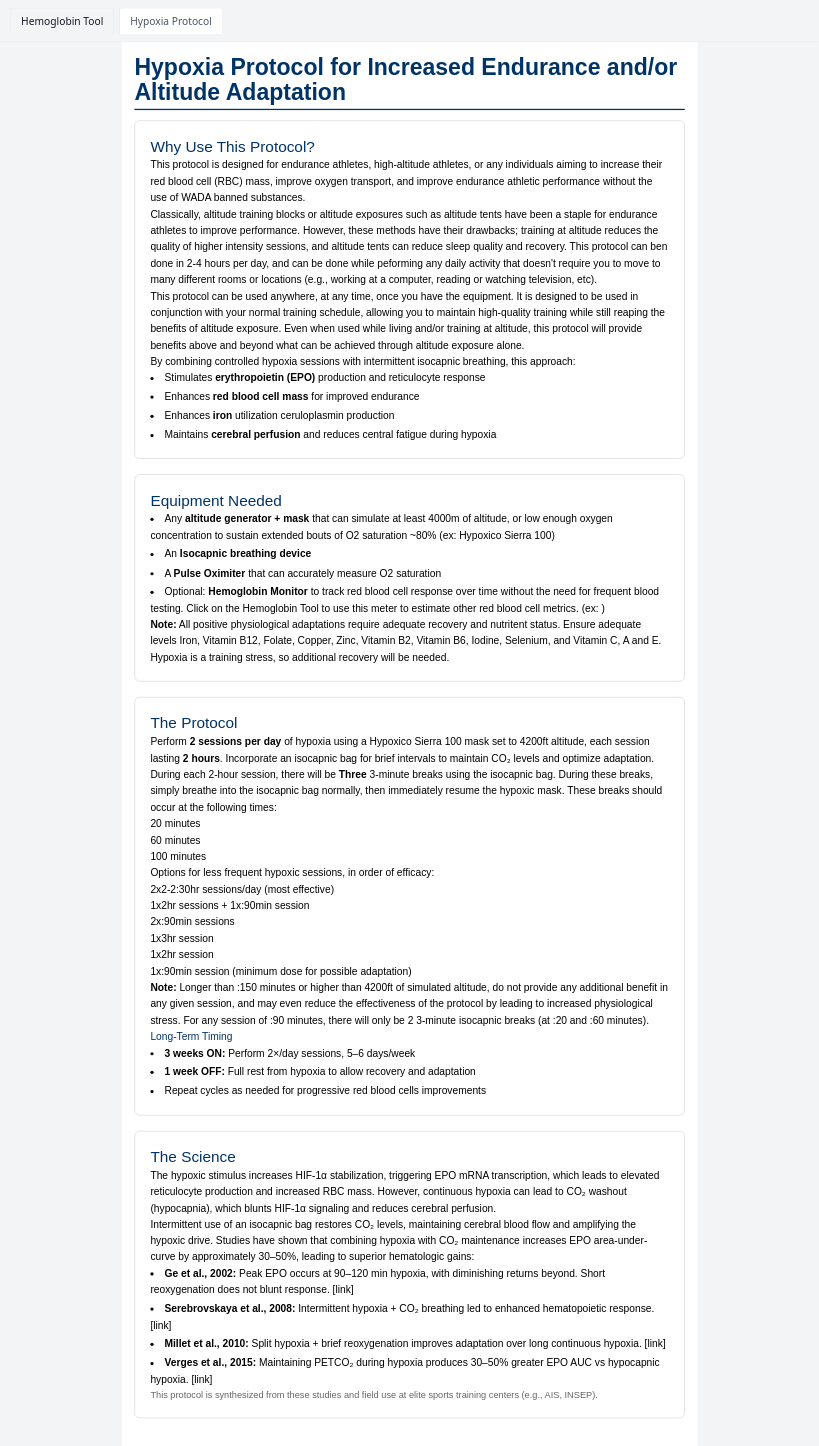
Repository: austenhughes1/hemoglobin_rbc_metrics
Page: hypoxia_protocol.html
The author's editor kept a copy of each file at every save. The page is drawn from the files as they stood at one save, then again after the next save.
The browser window is 1280 px wide. The pictures show the whole page, at 64% of full size.
Some web libraries are served in a nearby version.

Above is the page before, as saved 2025-06-25 16:13:43.

After the next save:
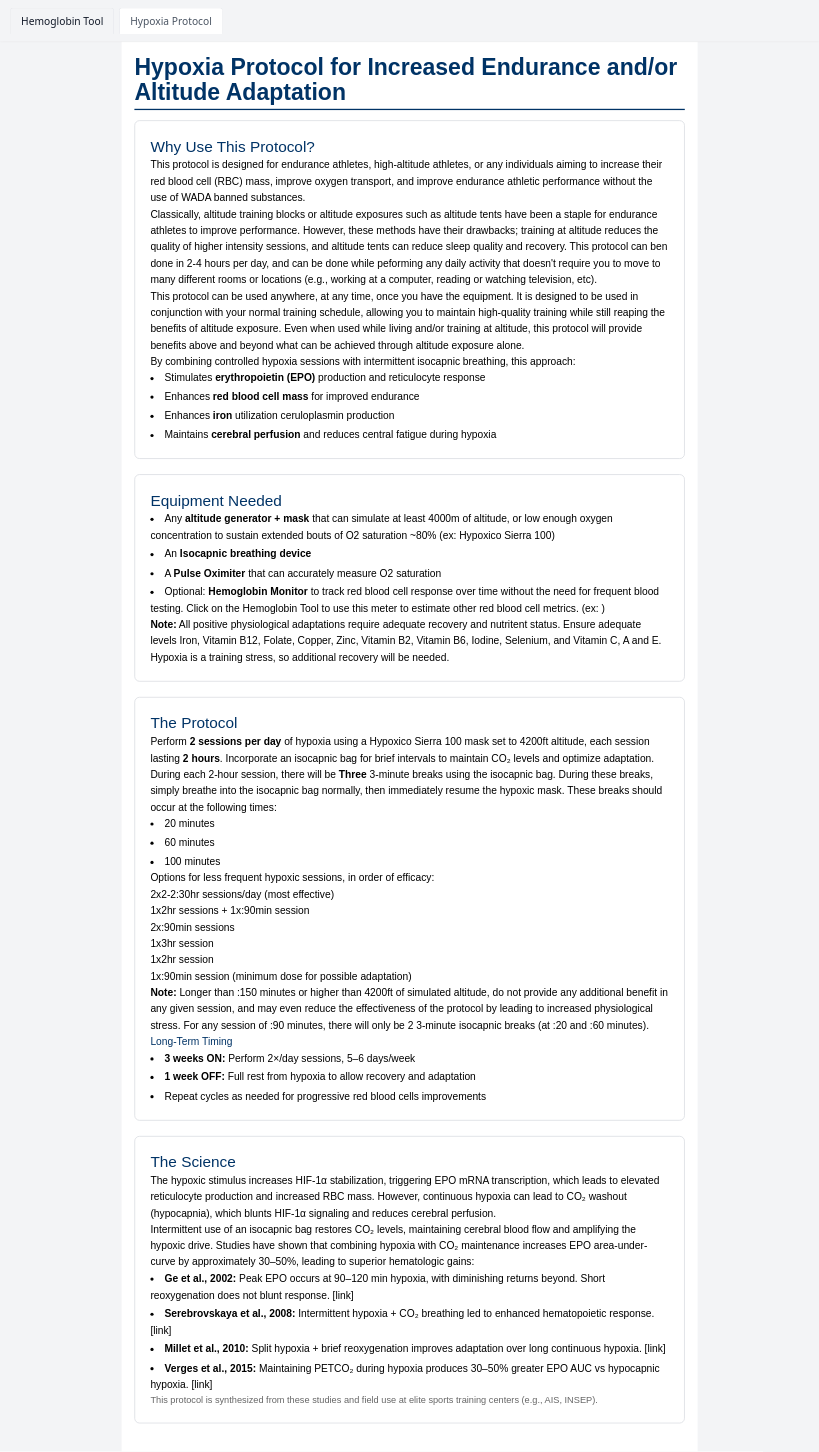
Saved 90 s later.
--- a/hypoxia_protocol.html
+++ b/hypoxia_protocol.html
@@ -85,7 +85,7 @@
 
         <p>
         During each 2-hour session, there will be <strong>Three</strong> 3-minute breaks using the isocapnic bag. During these breaks, simply breathe into the isocapnic bag normally, then immediately resume the hypoxic mask. These breaks should occur at the following times:
-        <ul>
+        <ul class="list-disc list-inside space-y-1">
             <li>20 minutes</li>
             <li>60 minutes</li>
             <li>100 minutes</li>
